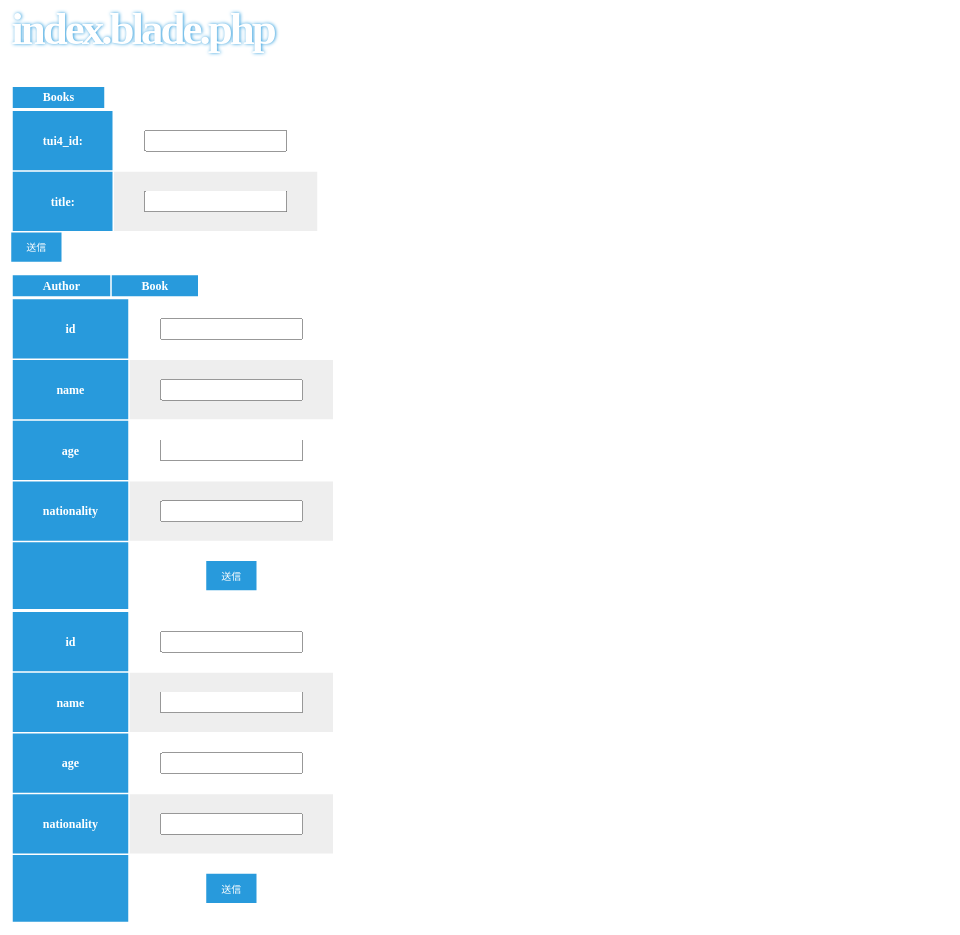
Repository: azuma2/tui4
Page: http://localhost/book
The author's editor kept a copy of each file at every save. The page is drawn from the files as they stood at one save, then again after a run of saves.
The browser window is 1280 px wide. The pictures show the whole page, at 75% of full size.
The page is served by the project's Laravel application, run on PHP 8.4 with Laravel 8. Other server files are loaded and not shown. Queries for data that is not in the repository find no rows.

Above is the page before, as saved 2022-04-11 15:34:13.

### routes/web.php
<?php

use Illuminate\Support\Facades\Route;
use App\Http\Controllers\Tui4Controller;
use App\Http\Controllers\LikeController;

Route::get('/', [Tui4Controller::class, 'index']);
Route::post('/add', [Tui4Controller::class, 'create']);


Route::post('/edit', [Tui4Controller::class, 'update']);



Route::post('/delete', [Tui4Controller::class, 'remove']);


Route::get('/find', [Tui4Controller::class, 'find']);
Route::post('/find', [Tui4Controller::class, 'search']);



Route::prefix('book')->group(function () {//以下を追記
    Route::get('/', [LikeController::class, 'index']);
    Route::get('/add', [LikeController::class, 'add']);
    Route::post('/add', [LikeController::class, 'create']);
});


Route::get('/relation', [LikeController::class, 'relate']);




Route::get('/dashboard', function () {
    return view('dashboard');
})->middleware(['auth'])->name('dashboard');

require __DIR__.'/auth.php';

### app/Http/Controllers/LikeController.php
<?php

namespace App\Http\Controllers;

use Illuminate\Http\Request;
use Illuminate\Support\Facades\DB;
use App\Models\Like;


class LikeController extends Controller
{
    public function index(Request $request){
        $items = Like::all();
        return view('index', ['likes'=>$items]);
    }
    public function add(Request $request){
        return view('/');
    }
    public function create(Request $request){
        $this->validate($request, Like::$rules);
        $form = $request->all();
        Like::create($form);
        return redirect('book/');
    }

    public function relate(Request $request) //追記
    {
        $items = Like::all();
        return view('index', ['items' => $items]);
    }
}

### app/Models/Like.php
<?php

namespace App\Models;

use Illuminate\Database\Eloquent\Factories\HasFactory;
use Illuminate\Database\Eloquent\Model;


class Like extends Model
{
    protected $guarded = array('id');
    public static $rules = array(
        'tui4_id' => 'required',
        'title' => 'required',

    );


    public function book(){
        return $this->hasOne('App\Models\Like');
    }
}

### resources/views/index.blade.php
@extends('layouts.default')
<style>
    th {
      background-color: #289ADC;
      color: white;
      padding: 5px 40px;
    }
    tr:nth-child(odd) td{
      background-color: #FFFFFF;
    }
    td {
      padding: 25px 40px;
      background-color: #EEEEEE;
      text-align: center;
    }
        input {
      padding: 5px;
    }
    button {
      padding: 10px 20px;
      background-color: #289ADC;
      border: none;
      color: white;
    }
</style>
@section('title', 'index.blade.php')

@section('content')



<table>
  <tr>
    <th>Books</th>
  </tr>
  @foreach ($likes as $like)
  <tr>
    <td>
      {{$like->title}}
    </td>
  </tr>
  @endforeach
</table>


@if (count($errors) > 0)
<ul>
  @foreach ($errors->all() as $error)
  <li>
    {{$error}}
  </li>
  @endforeach
</ul>
@endif
<form action="/book/add" method="post">
  <table>
    @csrf
    <tr>
      <th>tui4_id:</th>
      <td><input type="number" name="tui4_id"></td>
    </tr>
    <tr>
      <th>title:</th>
      <td><input type="text" name="title"></td>
    </tr>
  </table>
  <button>送信</button>
</form>

<table>
  <tr>
    <th>Author</th>
    <th>Book</th>
  </tr>


@if (count($errors) > 0)
<ul>
  @foreach ($errors->all() as $error)
  <li>
    {{$error}}
  </li>
  @endforeach
</ul>
@endif
<form action="/edit" method="POST">
  <table>
    @csrf
    <tr>
      <th>
        id
      </th>
      <td>
        <input type="text" name="id" >
      </td>
    </tr>
    <tr>
      <th>
        name
      </th>
      <td>
        <input type="text" name="name" >
      </td>
    </tr>
    <tr>
      <th>
        age
      </th>
      <td>
        <input type="text" name="age">
      </td>
    </tr>
    <tr>
      <th>
        nationality
      </th>
      <td>
        <input type="text" name="nationality" >
      </td>
    </tr>
    <tr>
      <th></th>
      <td>
        <button>送信</button>
      </td>
    </tr>
  </table>
</form>

<form action="/delete" method="POST">
  <table>
    @csrf
    <tr>
      <th>
        id
      </th>
      <td>
        <input type="text" name="id" >
      </td>
    </tr>
    <tr>
      <th>
        name
      </th>
      <td>
        <input type="text" name="name" >
      </td>
    </tr>
    <tr>
      <th>
        age
      </th>
      <td>
        <input type="text" name="age" >
      </td>
    </tr>
    <tr>
      <th>
        nationality
      </th>
      <td>
        <input type="text" name="nationality" >
      </td>
    </tr>
    <tr>
      <th></th>
      <td>
        <button>送信</button>
      </td>
    </tr>
  </table>
</form>
@endsection

### resources/views/layouts/default.blade.php
<!DOCTYPE html>
<html lang="ja">
<head>
    <meta charset="UTF-8">
    <meta name="viewport" content="width=device-width, initial-scale=1.0">
    <title>@yield('title')</title>
    <style>
    body {
      font-size:16px;
      margin: 5px;
    }
    h1 {
      font-size:60px;
      color:white;
      text-shadow:1px 0 5px #289ADC;
      letter-spacing:-4px;
      margin-left: 10px
    }
    .content {
      margin:10px;
    }
    </style>
  </head>
  <body>
    <h1>@yield('title')</h1>
    <div class="content">
    @yield('content')
    </div>
</body>
</html>

Loaded but not shown: routes/auth.php (common file); app/Http/Controllers/Controller.php (common file)

After the next 5 saves:
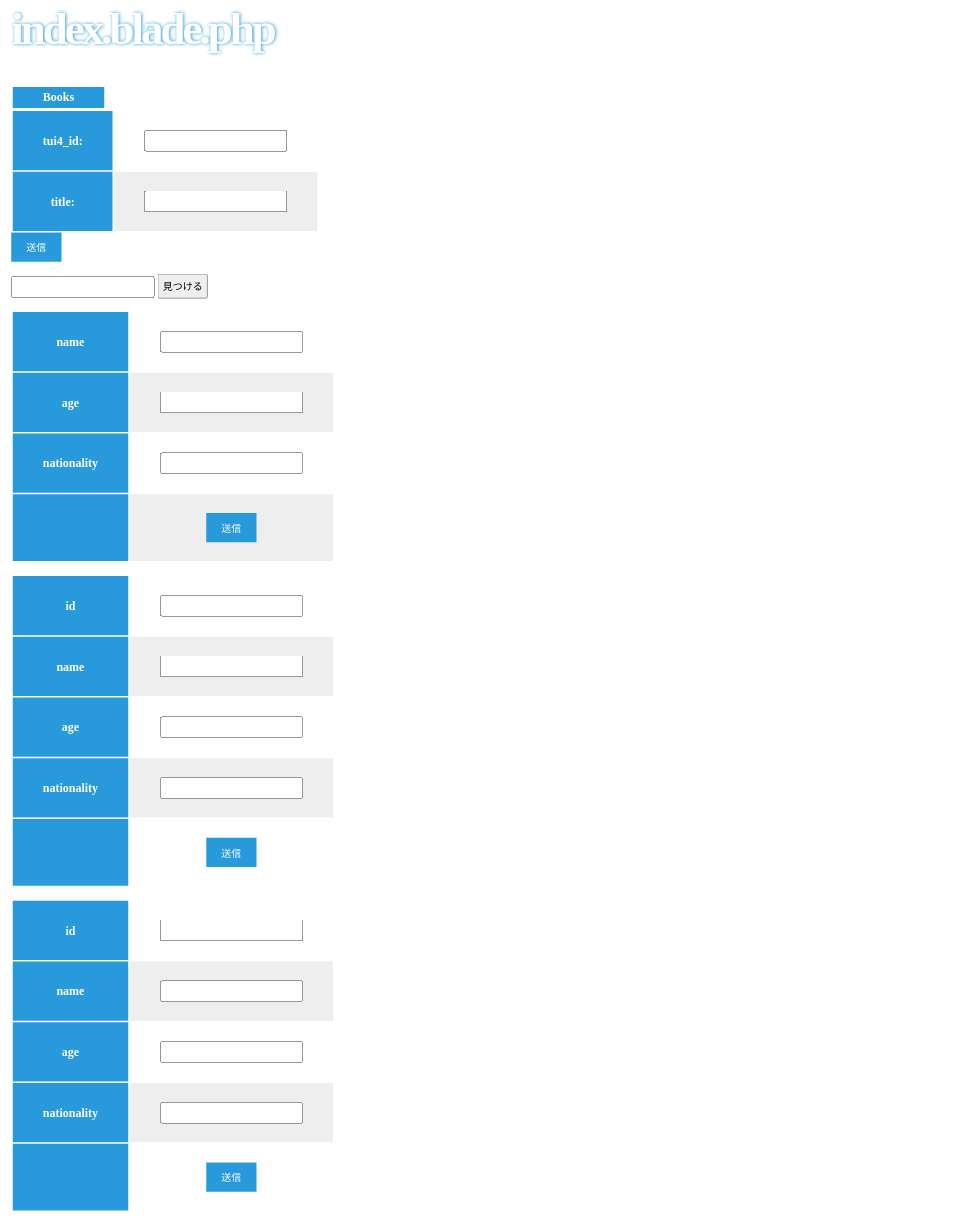
The 5 saves are shown as one change because 3 did not build or start and some came seconds apart.
The last was saved 3 h 18 min later.
--- a/resources/views/index.blade.php
+++ b/resources/views/index.blade.php
@@ -67,11 +67,71 @@
   <button>送信</button>
 </form>
 
+@if(isset($items))
 <table>
   <tr>
     <th>Author</th>
     <th>Book</th>
   </tr>
+  @foreach ($items as $item)
+  <tr>
+    <td>
+      {{$item->getDetail()}}
+    </td>
+    <td>
+      @if ($item->like != null)
+      {{ $item->like->getTitle() }}
+      @endif
+    </td>
+  </tr>
+  @endforeach
+</table>
+@endif
+
+<form action="find" method="POST">
+  @csrf
+  <input type="text" name="input" >
+  <input type="submit" value="見つける">
+</form>
+@if (@isset($item))
+<table>
+  <tr>
+    <th>Data</th>
+  </tr>
+  <tr>
+    <td>
+      {{$item->getDetail()}}
+    </td>
+  </tr>
+</table>
+@endif
+
+@if(isset($items))
+<table>
+  <tr>
+    <th>id</th>
+    <th>name</th>
+    <th>age</th>
+    <th>nationality</th>
+  </tr>
+  @foreach ($items as $item)
+  <tr>
+    <td>
+      {{$item->id}}
+    </td>
+    <td>
+      {{$item->name}}
+    </td>
+    <td>
+      {{$item->age}}
+    </td>
+    <td>
+      {{$item->nationality}}
+    </td>
+  </tr>
+  @endforeach
+</table>
+@endif
 
 
 @if (count($errors) > 0)
@@ -83,6 +143,50 @@
   @endforeach
 </ul>
 @endif
+<form action="/add" method="post">
+  <table>
+    @csrf
+    <tr>
+      <th>
+        name
+      </th>
+      <td>
+        <input type="text" name="name">
+      </td>
+    </tr>
+    <tr>
+      <th>
+        age
+      </th>
+      <td>
+        <input type="text" name="age">
+      </td>
+    </tr>
+    <tr>
+      <th>
+        nationality
+      </th>
+      <td>
+        <input type="text" name="nationality">
+      </td>
+    </tr>
+    <tr>
+      <th></th>
+      <td>
+        <button>送信</button>
+      </td>
+  </table>
+</form>
+
+@if (count($errors) > 0)
+<ul>
+  @foreach ($errors->all() as $error)
+  <li>
+    {{$error}}
+  </li>
+  @endforeach
+</ul>
+@endif
 <form action="/edit" method="POST">
   <table>
     @csrf
